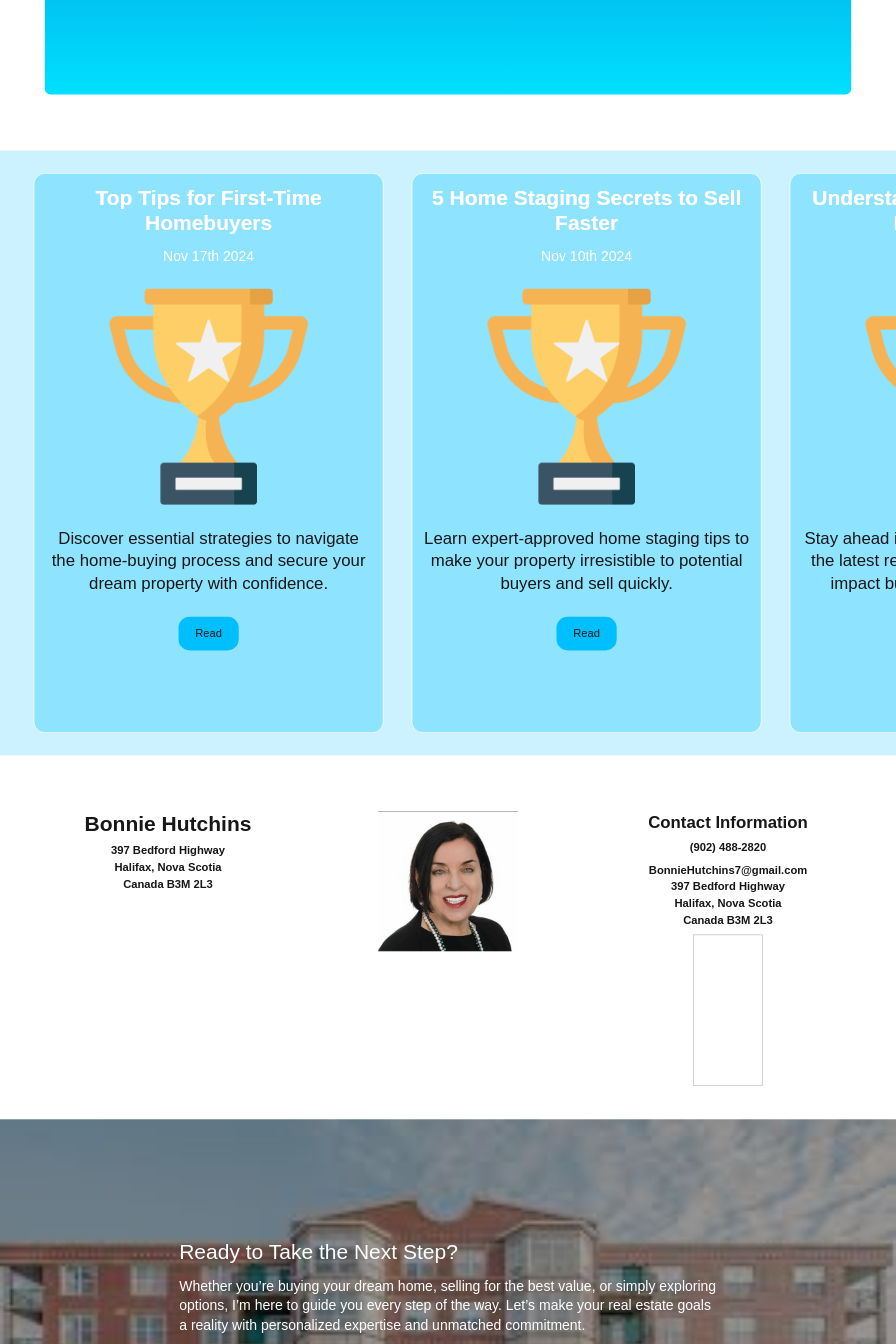
Repository: TMuse333/bonnie-website-
Page: / (app in frontend/)
An editor plug-in stored every save of this project. The page is shown before and after the next save, followed by the edit.
The browser window is 1280 px wide. The pictures show the part of the page from y = 4580 to 6500 px (the page is 7119 px tall), at 70% of full size.
The project was rebuilt for these pictures with package versions that can differ from the ones it lists, and the page was loaded fresh each time. The framework's server and built-in components were replaced by stand-ins that run in the browser. Also part of the build but not shown: frontend/next.config.mjs.

Above is the page before, as saved 2024-11-30 14:38:43.

After the next save:
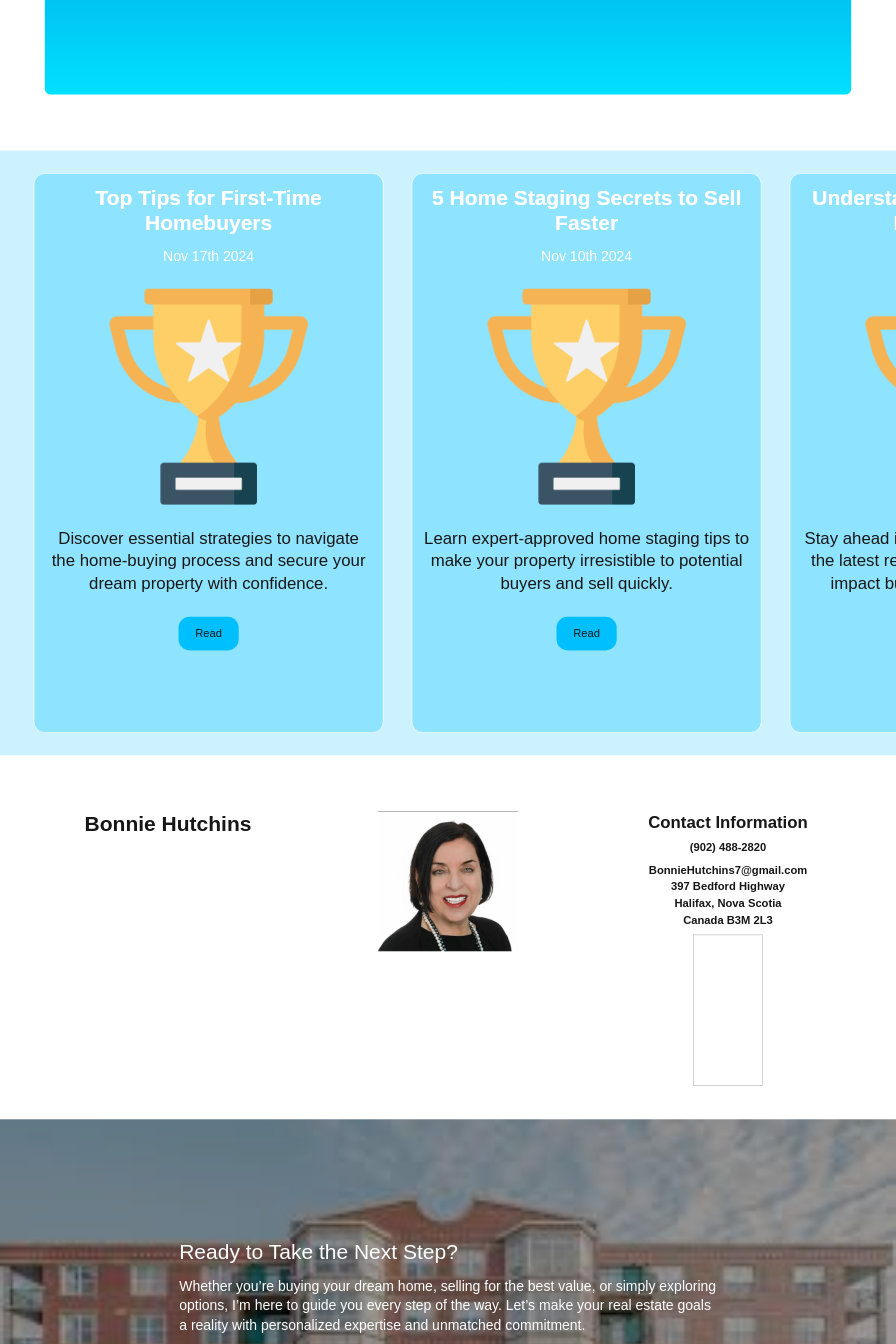
Saved 9 s later.
--- a/frontend/src/data/data.ts
+++ b/frontend/src/data/data.ts
@@ -190,9 +190,7 @@
   src:'/bonnie.jpg',
   alt:'Bonnie',
   name:'Bonnie Hutchins',
-  title:"397 Bedford Highway\n"+
-  "Halifax, Nova Scotia\n"+
-  "Canada B3M 2L3",
+  title:"",
   description:'',
   quote:'',
   phone:'(902) 488-2820',
